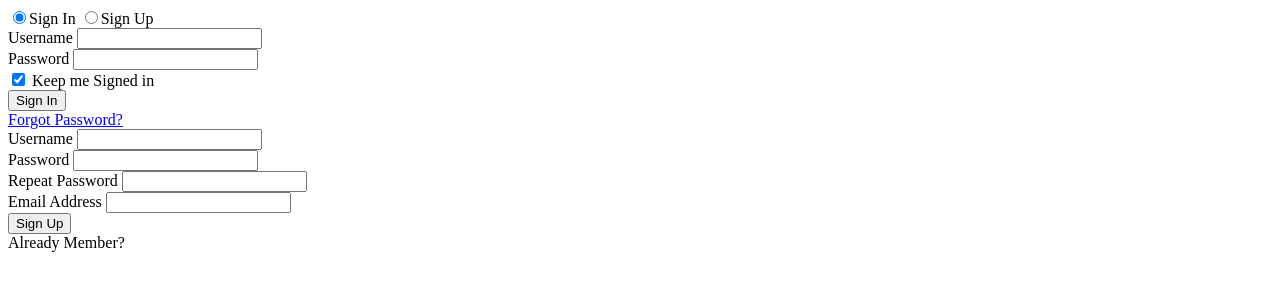
Repository: Apeksha14/AngularAppExample
Page: public/partials/login.html
These files come from the project's save history. The page is drawn as it stood at one moment and after a run of saves; the edit follows.
The browser window is 1280 px wide. The pictures show the whole page.

Above is the page before, as saved 2017-05-05 15:29:35.

After the next 2 saves:
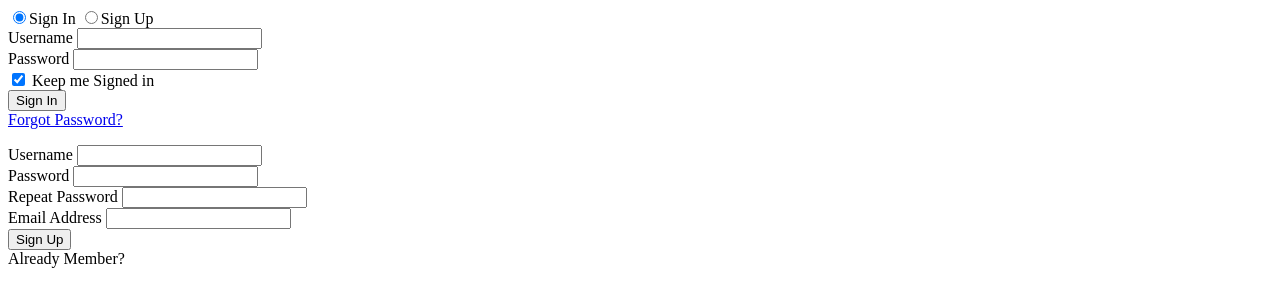
The 2 saves are shown as one change because they came seconds apart.
The last was saved 101 min 16 s later.
--- a/public/partials/login.html
+++ b/public/partials/login.html
@@ -3,7 +3,7 @@
 		<input id="tab-1" type="radio" name="tab" class="sign-in" checked><label for="tab-1" class="tab">Sign In</label>
 		<input id="tab-2" type="radio" name="tab" class="sign-up"><label for="tab-2" class="tab">Sign Up</label>
 		<div class="login-form">
-			<div class="sign-in-htm">
+			<form class="sign-in-htm">
 				<div class="group">
 					<label for="user" class="label">Username</label>
 					<input id="user" type="text" class="input">
@@ -23,7 +23,7 @@
 				<div class="foot-lnk">
 					<a href="#forgot">Forgot Password?</a>
 				</div>
-			</div>
+			</form>
 			<div class="sign-up-htm">
 				<div class="group">
 					<label for="user" class="label">Username</label>
